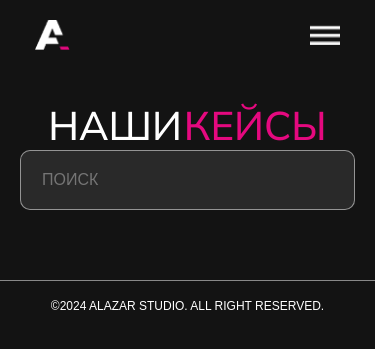
Repository: AlazarStudio/alazar_studio
Page: /cases
The author's editor kept a copy of each file at every save. The page is drawn from the files as they stood at one save, then again after the next save.
The browser window is 375 px wide. The pictures show the whole page.
The page's requests for data from a server got no answer. The project was rebuilt for these pictures with package versions that can differ from the ones it lists, and the page was loaded fresh each time. No one was signed in, and anything a server would have sent is missing. Also part of the build but not shown: vite.config.js, src/Components/Pages/Non_Found_Page.jsx, src/Components/Standart/CenterBlock/CenterBlock.module.css, src/Components/Standart/CenterBlock/CenterBlock.jsx, src/Components/Standart/WidthBlock/WidthBlock.module.css, src/Components/Standart/WidthBlock/WidthBlock.jsx, src/Components/Pages/HomePage/HomePage.module.css, src/Components/Pages/HomePage/HomePage.jsx and 13 more.

Above is the page before, as saved 2025-05-06 16:41:54.

### index.html
<!DOCTYPE html>
<html lang="ru">
  <head>
    <meta charset="UTF-8" />
    <link rel="icon" type="image/svg+xml" href="/favicon-alazar-studio.png" />
    <meta name="viewport" content="width=device-width, initial-scale=1.0" />
    <title>Название сайта</title>
    <!-- <link
      rel="stylesheet"
      href="https://fonts.googleapis.com/css2?family=Montserrat:wght@400;500;600;700,800&display=swap"
    /> -->
    <link
      href="https://fonts.googleapis.com/css2?family=Mulish:wght@300;400;500;600;700;800&display=swap"
      rel="stylesheet"
    />
  </head>
  <body>
    <div id="root"></div>
    <script type="module" src="/src/main.jsx"></script>
  </body>
</html>

### src/App.jsx
import React from 'react';
import { Route, Routes } from 'react-router-dom';
import Non_Found_Page from './Components/Pages/Non_Found_Page';
import Layout from './Components/Standart/Layout/Layout';
// import AdminPage from './Components/Pages/AdminPage/AdminPage';
import HomePage from './Components/Pages/HomePage/HomePage';
import AdminPage from './Components/Pages/AdminPage/AdminPage';
import CasesPage from './Components/Pages/CasesPage/CasesPage';

function App() {
  return (
    <>
      <Routes>
        <Route path="/" element={<Layout />}>
          <Route path="/" element={<HomePage />} />
          <Route path="/cases" element={<CasesPage />} />

          <Route path="*" element={<Non_Found_Page />} />
        </Route>
        <Route path="/admin/*" element={<AdminPage />} />
      </Routes>
    </>
  );
}

export default App;

### src/index.css
* {
    margin: 0;
    padding: 0;
    box-sizing: border-box;
    font-family: 'Montserrat', sans-serif;
    scroll-behavior: smooth;
}

a {
    text-decoration: none;
}

:root {
    --blockWidth: 1300px;
}

body {
    background-color: #131313;
    color: #fff;
    /* margin-top: 0px; */
}

main {
    /* display: flex;
    flex-direction: column;
    gap: 80px;
    padding-bottom: 80px; */
}

### src/Components/Standart/Layout/Layout.jsx
import React from "react";
import { Outlet } from "react-router-dom";

import Header from "../../Blocks/Header/Header"
import Footer from "../../Blocks/Footer/Footer";


function Empty({ children, ...props }) {
    return (
        <>
            <Header/>
            <Outlet />
            <Footer/>
        </>
    );
}

export default Empty;

### src/Components/Pages/CasesPage/CasesPage.jsx
import React, { useEffect, useState } from 'react';
import classes from './CasesPage.module.css';
import serverConfig from '../../../serverConfig';
import uploadsConfig from '../../../uploadsConfig';
import CaseHomeCard from '../../ui/HomePage/CaseHomeCard';

export default function CasesPage() {
  const [caseHomes, setCaseHomes] = useState([]);
  const [categories, setCategories] = useState([]); // 🆕 категории
  const [loading, setLoading] = useState(false);
  const [error, setError] = useState(null);

  useEffect(() => {
    const fetchData = async () => {
      setLoading(true);
      try {
        // Загружаем кейсы и категории параллельно
        const [casesHomeRes, categoriesRes] = await Promise.all([
          fetch(`${serverConfig}/casesHome`),
          fetch(`${serverConfig}/categories`),
        ]);

        const casesHomeData = await casesHomeRes.json();
        const categoriesData = await categoriesRes.json();

        setCaseHomes(casesHomeData);
        setCategories(categoriesData);
      } catch (err) {
        console.error('Ошибка загрузки данных:', err);
        setError('Ошибка загрузки данных');
      } finally {
        setLoading(false);
      }
    };

    fetchData();
  }, []);

  return (
    <div className={classes.container}>
      <div className={classes.containerCase}>
        <div className={classes.containerCaseTop}>
          <div className={classes.containerCaseTopName}>
            <span>НАШИ</span>
            <span>КЕЙСЫ</span>
          </div>
          <input placeholder="ПОИСК" />
        </div>

        {/* 🔽 Категории */}
        <div className={classes.categoryMenu}>
          {categories.map((cat) => (
            <span key={cat.id} className={classes.categoryItem}>
              {cat.title}
            </span>
          ))}
        </div>

        {/* 🔽 Кейсы */}
      </div>
      <CaseHomeCard caseHomes={caseHomes} />
    </div>
  );
}

### src/Components/Blocks/Header/Header.jsx
import React, { useEffect, useState } from 'react';
import classes from './Header.module.css';
import { Link, useNavigate } from 'react-router-dom';

function Header() {
  const [isScrolled, setIsScrolled] = useState(false);
  const [isMenuOpen, setIsMenuOpen] = useState(false);

  const navigate = useNavigate();

  useEffect(() => {
    const handleScroll = () => {
      if (window.scrollY > 50) {
        setIsScrolled(true);
      } else {
        setIsScrolled(false);
      }
    };

    window.addEventListener('scroll', handleScroll);
    return () => window.removeEventListener('scroll', handleScroll);
  }, []);

  const toggleMenu = () => {
    setIsMenuOpen((prev) => !prev);
  };

  const closeMenu = () => {
    setIsMenuOpen(false);
  };

  return (
    <div className={classes.container}>
      <div
        className={`${classes.containerNav} ${
          isScrolled ? classes.scrolled : ''
        }`}
      >
        <ul>
          <li>
            {' '}
            <img
              src="/images/headerLogo.png"
              alt="Логотип"
              className={classes.logo}
              onClick={() => navigate('/')}
            />
          </li>
          <li>
            <Link to="/">ГЛАВНАЯ</Link>
          </li>
          <li>
            <Link to="/service">УСЛУГИ</Link>
          </li>
          <li>
            <Link to="/cases">КЕЙСЫ</Link>
          </li>
          <li>
            <Link to="/shop">МАГАЗИН</Link>
          </li>
          <li>
            <Link to="/about">О НАС</Link>
          </li>
          <li>
            <Link to="/contacts">КОНТАКТЫ</Link>
          </li>
        </ul>
      </div>

      {/* Мобильная версия */}
      <div
        className={`${classes.containerNavMobile} ${
          isScrolled ? classes.scrolled : ''
        }`}
      >

          <img
            src="/images/LogoAlazarM.png"
            alt="Логотип"
            className={classes.logoMobile}
            onClick={() => navigate('/')}
          />


        {/* Иконка меню, по клику открывается меню */}
        <img
          src="/images/headerMobil.png"
          alt="Меню"
          className={classes.menuIcon}
          onClick={toggleMenu}
        />

        {/* Блок с меню */}
        <div
          className={`${classes.menu} ${isMenuOpen ? classes.open : ''}`}
          onClick={closeMenu}
        >
          <ul>
            <li>
              <Link to="/">ГЛАВНАЯ</Link>
            </li>
            <li>
              <Link to="/service">УСЛУГИ</Link>
            </li>
            <li>
              <Link to="/cases">КЕЙСЫ</Link>
            </li>
            <li>
              <Link to="/shop">МАГАЗИН</Link>
            </li>
            <li>
              <Link to="/about">О НАС</Link>
            </li>
            <li>
              <Link to="/contacts">КОНТАКТЫ</Link>
            </li>
          </ul>
        </div>
      </div>
    </div>
  );
}

export default Header;

### src/Components/Blocks/Footer/Footer.jsx
import React from 'react';
import classes from './Footer.module.css';
import CenterBlock from '../../Standart/CenterBlock/CenterBlock';
import WidthBlock from '../../Standart/WidthBlock/WidthBlock';

function Footer({ children, ...props }) {
  return (
    <>

          <div className={classes.container}>
            <span>©2024 ALAZAR STUDIO. ALL RIGHT RESERVED.</span>
          </div>

    </>
  );
}

export default Footer;

### src/serverConfig.js
function serverConfig() {
  const server = 'http://localhost:5000/api';
  // const server = 'https://backend.kch-tourism.ru/api'
  return server;
}

export default serverConfig();

### src/uploadsConfig.js
function uploadsConfig() {
	const server = 'http://localhost:5000'
	// const server = 'https://backend.equipment-house.ru'
	return server
}

export default uploadsConfig()

### src/Components/ui/HomePage/CaseHomeCard.jsx

import classes from './CaseHomeCard.module.css';
import uploadsConfig from '../../../uploadsConfig';

export default function CaseHomeCard({caseHomes}) {


  return (

        <div className={classes.containerCaseMenu}>
          {caseHomes.map((item) => (
            <div key={item.id} className={classes.caseItem}>
              <img src={`${uploadsConfig}${item.img[0]}`} alt={item.name} />
              {/* <span>{item.name}</span> */}
            </div>
          ))}
        </div>

  );
}

### src/Components/Pages/CasesPage/CasesPage.module.css


.container {
  display: flex;
  flex-direction: column;
  width: 100%;
  align-items: center;
}


.containerCase {
  display: flex;
  flex-direction: column;
  width: 100%;
  max-width: 1609px;
  align-items: center;
  margin-top: 115px;
}

.containerCaseTop {
  display: flex;
  flex-direction: column;
  align-items: center;
  width: 100%;
  max-width: 1301px;
}

.containerCaseTop input {
  width: 100%;
  height: 60px;
  border: 1px solid rgba(255, 255, 255, 0.5); /* полупрозрачная белая граница */
  background-color: rgba(128, 128, 128, 0.2); /* полупрозрачный серый фон */
  padding: 21px;
  color: #fff;
  border-radius: 10px;
  font-size: 16px;
  outline: none;
}


.containerCaseTopName {
  display: flex;
  gap: 49px;
}

.containerCaseTopName span:nth-of-type(1) {
  font-size: 96px;
  font-weight: 500;
  color: #fff;
  font-family: 'Mulish', sans-serif;
}

.containerCaseTopName span:nth-of-type(2) {
  font-size: 96px;
  font-weight: 500;
  color: #e5097f;
  font-family: 'Mulish', sans-serif;
}

.containerCaseTop img {
  width: 106px;
  cursor: pointer;
}

.categoryMenu {
  display: flex;
  align-items: center;
  justify-content: space-between;
  width: 100%;
  max-width: 1301px;
  margin-top: 34px;
  gap: 1px;
}

.categoryMenu span {
  display: flex;
  align-items: center;
  justify-content: center;
  padding: 20px;
  font-size: 16px;
  font-weight: 400;
  height: 60px;
  border: 1px solid rgba(255, 255, 255, 0.5);
  border-radius: 10px;
  font-family: 'Mulish', sans-serif;
  cursor: pointer;
}

@media (max-width: 1280px) {
  .container {
    padding: 0 50px;
  }



  .containerCase {
    max-width: 1280px;
    margin-top: 115px;

  }

  .containerCaseTop {
    max-width: 1280px;
  }

  .containerCaseTopName {
    gap: 39px;
  }

  .containerCaseTopName span:nth-of-type(1) {
    font-size: 86px;
  }

  .containerCaseTopName span:nth-of-type(2) {
    font-size: 86px;
  }

  .categoryMenu {
    max-width: 1301px;
  }

.containerLogo {
  display: flex;
  flex-direction: column;
  align-items: center;
  justify-content: center;
  width: 100%;
  margin-top: 150px;
  gap: 40px;
}

/* logoA сверху вниз */
.containerLogo img:nth-of-type(1) {
  height: 146px;
  animation: slideDown 1s ease forwards;
}

/* центральные логотипы */
.containerLogoCenter {
  display: flex;
  gap: 45px;
}

/* logoAlazar слева направо */
.containerLogoCenter img:nth-of-type(1) {
  height: 79px;
  animation: slideLeft 1s ease forwards;
  animation-delay: 0.5s;
  opacity: 0;
}

/* logoStudio справа налево */
.containerLogoCenter img:nth-of-type(2) {
  height: 79px;
  animation: slideRight 1s ease forwards;
  animation-delay: 0.5s;
  opacity: 0;
}

/* span снизу вверх */
.containerLogo span {
  font-size: 24px;
  font-weight: 500;
  animation: slideUp 1s ease forwards;
  animation-delay: 1s;
  opacity: 0;
  font-family: 'Mulish', sans-serif;
}
}

@media (max-width: 480px) {

  .container {
    padding: 0 20px;
    margin-top: 85px;
  }

  .containerLogo {
    margin-top: 120px;
    gap: 20px;
  }

  /* logoA сверху вниз */
  .containerLogo img:nth-of-type(1) {
    height: 79px !important;
  }

  /* центральные логотипы */
  .containerLogoCenter {
    gap: 12px;
  }

  /* logoAlazar слева направо */
  .containerLogoCenter img:nth-of-type(1) {
    height: 29px !important;
  }

  /* logoStudio справа налево */
  .containerLogoCenter img:nth-of-type(2) {
    height: 29px !important;
  }

  /* span снизу вверх */
  .containerLogo span {
    display: flex;
    font-weight: 400 !important;
    text-align: center;
    font-size: 16px !important;
    padding: 0 50px;
  }

  .containerCase {
    margin-top: 15px;
  }

  .containerCaseTop {
    display: flex;
    align-items: center;
    justify-content: space-between;
    width: 100%;
    max-width: 1301px;
  }

  .containerCaseTopName {
    display: flex;

    gap: 2px;
  }

  .containerCaseTopName span:nth-of-type(1) {
    font-size: 40px;
  }

  .containerCaseTopName span:nth-of-type(2) {
    font-size: 40px;
  }

  .containerCaseTop img {
    width: 60px;
    cursor: pointer;
  }

  .categoryMenu {
    display: none;
  }

}

### src/Components/Blocks/Header/Header.module.css
.container {
  display: flex;
  align-items: center;
  justify-content: center;
  position: fixed;
  top: 0;
  left: 0;
  width: 100%;
  z-index: 1000;
  transition: background 0.3s ease-in-out;
}

.containerNav {
  display: flex;
  width: 100%;
  align-items: center;
  justify-content: center; /* Логотип слева, меню справа */
  /* outline: 1px solid red; */
  height: 98px;
  background: transparent; /* Начально прозрачный */
  transition: background 0.3s ease-in-out;
  padding: 0;
}

.scrolled {
  background: #131313; /* Черный фон при скролле */
}

.logo {
  height: 49px;
}

ul {
  display: flex;
  width: 100%;
  max-width: 1400px;
  align-items: center;
  justify-content: space-between;
  list-style: none;
  padding: 0;
  margin: 0;
  /* gap: 20px; */
}

li a {
  font-size: 16px;
  font-weight: 500;
  color: #fff;
  text-decoration: none;
  transition: color 0.3s;
  font-family: 'Mulish', sans-serif;
}

.containerNavMobile {
  display: none;
}

/* li a:hover {
  color: #81212D;
} */

@media (max-width: 1280px) {
  .container {
    padding: 0px;
  }

  .containerNavMobile {
    display: none;
  }
}

@media (max-width: 768px) {
  .containerNav {
    display: none;
  }

  .containerNavMobile {
    display: flex;
    align-items: center;
    justify-content: space-between;
    width: 100%;
    padding: 20px 35px;
  }

  .containerNavMobile img:nth-of-type(1) {
    width: 35px;
    height: 30px;
  }

  .containerNavMobile img:nth-of-type(2) {
    width: 30px;
    height: 20px;
  }

  /* Добавляем стиль для меню */
  .menu {
    position: fixed;
    top: 0;
    right: -100%;
    width: 250px;
    height: 100%;
    background: #131313;
    transition: right 0.3s ease-in-out;
    display: flex;
    justify-content: center;
    align-items: center;
  }

  .menu.open {
    right: 0;
  }

  .menu ul {
    display: flex;
    flex-direction: column;
    list-style: none;
  }

  .menu li {
    margin: 15px 0;
  }

  .menu li a {
    color: #fff;
    text-decoration: none;
    font-size: 18px;
    font-weight: 500;
  }
}

### src/Components/Blocks/Footer/Footer.module.css
.container {
  display: flex;
  align-items: center;
  justify-content: center;
  height: 100px;
  color: #fff;
  border-top: 1px solid rgba(255, 255, 255, 0.5);
  margin-top: 100px;
  padding: 2px;
  font-size: 12px;
}



@media (max-width: 768px) {
  .container {
    height: 50px;
    font-size: 12px;
  }
}

### src/Components/ui/HomePage/CaseHomeCard.module.css
.containerCaseMenu {
  display: flex;
  justify-content: space-between;
  flex-wrap: wrap;
  width: 100%;
  max-width: 1609px;
  margin-top: 30px;
}

.caseItem {
  display: flex;
  flex-direction: column;
  position: relative;
  align-items: center;
  width: 507px;
  height: 507px;
  cursor: pointer;
  margin-top: 48px;
  border-radius: 10px;
}

.caseItem img {
  width: 100%;
  height: 100%;
  border-radius: 10px;
}

.caseItem span {
  display: flex;
  text-align: center;
  position: absolute;
  top: 72px;
  font-size: 30px;
  font-weight: 700;
  margin-right: 50px;
  margin-left: 50px;
}

@media (max-width: 1280px) {
  .containerCaseMenu {
    max-width: 1280px;
  }

  .caseItem {
    width: 368px;
    height: 368px;
  }
}

@media (max-width: 480px) {
  .containerCaseMenu {
    max-width: 480px;
    margin-top: -30px !important;
  }

  .caseItem {
    width: 100%;
  }
}

Loaded but not shown: src/main.jsx (common file)

After the next save:
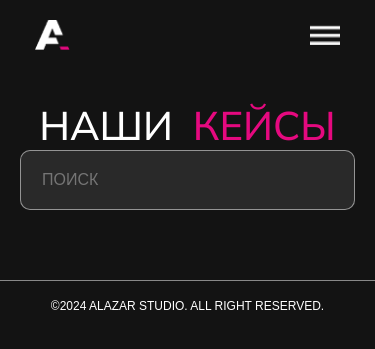
Saved 5 s later.
--- a/src/Components/Pages/CasesPage/CasesPage.module.css
+++ b/src/Components/Pages/CasesPage/CasesPage.module.css
@@ -224,7 +224,7 @@
   .containerCaseTopName {
     display: flex;
 
-    gap: 2px;
+    gap: 20px;
   }
 
   .containerCaseTopName span:nth-of-type(1) {
